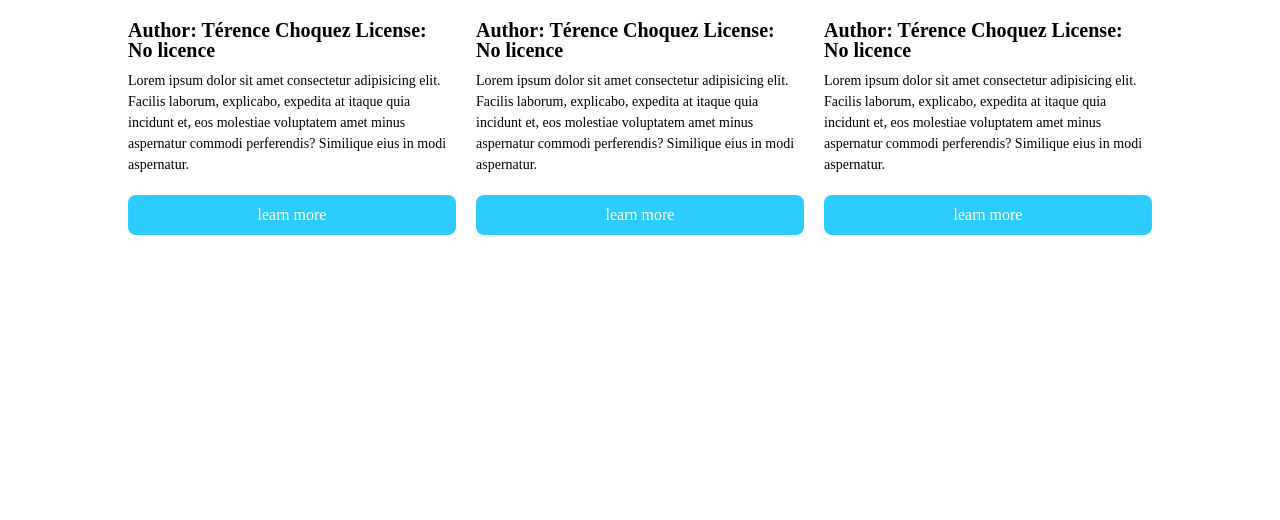
Repository: dinhhaidh/subgrid
Page: index.html
The author's editor kept a copy of each file at every save. The page is drawn from the files as they stood at one save, then again after the next save.
The browser window is 1280 px wide. The pictures show the part of the page from y = 220 to 740 px (the page is 740 px tall).

Above is the page before, as saved 2024-01-08 15:26:05.

### index.html
<!DOCTYPE html>
<html lang="en">
<head>
    <meta charset="UTF-8">
    <meta name="viewport" content="width=device-width, initial-scale=1.0">
    <title>Document</title>
    <link rel="stylesheet" href="style.css">
</head>
<body>
    <div class="card-list">
        <div class="card">
            <div class="card-image">
                <img src="https://images.unsplash.com/photo-1506946526854-9aad1ec915cb?q=80&w=1887&auto=format&fit=crop&ixlib=rb-4.0.3&ixid=M3wxMjA3fDB8MHxwaG90by1wYWdlfHx8fGVufDB8fHx8fA%3D%3D" alt="">
            </div>
            <h3 class="card-title">Author: Térence Choquez License: No licence</h3>
            <p class="card-desc">Lorem ipsum dolor sit amet consectetur adipisicing elit. Facilis laborum, explicabo, expedita at itaque quia incidunt et, eos molestiae voluptatem amet minus aspernatur commodi perferendis? Similique eius in modi aspernatur.
            </p>
            <a href="#" class="card-more">learn more</a>
        </div>
        <div class="card">
            <div class="card-image">
                <img src="https://images.unsplash.com/photo-1506946526854-9aad1ec915cb?q=80&w=1887&auto=format&fit=crop&ixlib=rb-4.0.3&ixid=M3wxMjA3fDB8MHxwaG90by1wYWdlfHx8fGVufDB8fHx8fA%3D%3D" alt="">
            </div>
            <h3 class="card-title">Author: Térence Choquez License: No licence</h3>
            <p class="card-desc">Lorem ipsum dolor sit amet consectetur adipisicing elit. Facilis laborum, explicabo, expedita at itaque quia incidunt et, eos molestiae voluptatem amet minus aspernatur commodi perferendis? Similique eius in modi aspernatur.
            </p>
            <a href="#" class="card-more">learn more</a>
        </div>
        <div class="card">
            <div class="card-image">
                <img src="https://images.unsplash.com/photo-1506946526854-9aad1ec915cb?q=80&w=1887&auto=format&fit=crop&ixlib=rb-4.0.3&ixid=M3wxMjA3fDB8MHxwaG90by1wYWdlfHx8fGVufDB8fHx8fA%3D%3D" alt="">
            </div>
            <h3 class="card-title">Author: Térence Choquez License: No licence</h3>
            <p class="card-desc">Lorem ipsum dolor sit amet consectetur adipisicing elit. Facilis laborum, explicabo, expedita at itaque quia incidunt et, eos molestiae voluptatem amet minus aspernatur commodi perferendis? Similique eius in modi aspernatur.
            </p>
            <a href="#" class="card-more">learn more</a>
        </div>
    </div>
</body>
</html>

### style.css
*,
*:before,
*:after {
  box-sizing: border-box;
}
* {
  margin: 0;
  padding: 0;
  font: inherit;
}
img,
picture,
svg,
video {
  display: block;
  max-width: 100%;
}
input,
select,
textarea {
  background-color: transparent;
  outline: none;
}
button {
  cursor: pointer;
  background-color: transparent;
  outline: none;
  border: 0;
}
body {
  min-height: 100vh;
  font-weight: 400;
  font-size: 16px;
  line-height: 1;
}
.card-list{
    display: grid;
    grid-template-columns: repeat(3, minmax(0, 1fr));
    gap: 20px;
    max-width: 1024px;
    margin: 20px auto;
}
.card-image{
    height: 200px;
    margin-bottom: 20px;
}
.card-image img {
    width: 100%;
    height: 100%;
    object-fit: cover;
}
.card-title{
    font-size: 20px;
    font-weight: 600;
    margin-bottom: 10px;
    margin-top: 10px;
}
.card-desc{
    font-size: 14px;
    line-height: 1.5;
    margin-bottom: 20px;
}
.card-more{
    display: block;
    text-decoration: none;
    color: white;
    background-color: #2cccff;
    padding: 12px;
    border-radius: 8px;
    text-align: center;
}

After the next save:
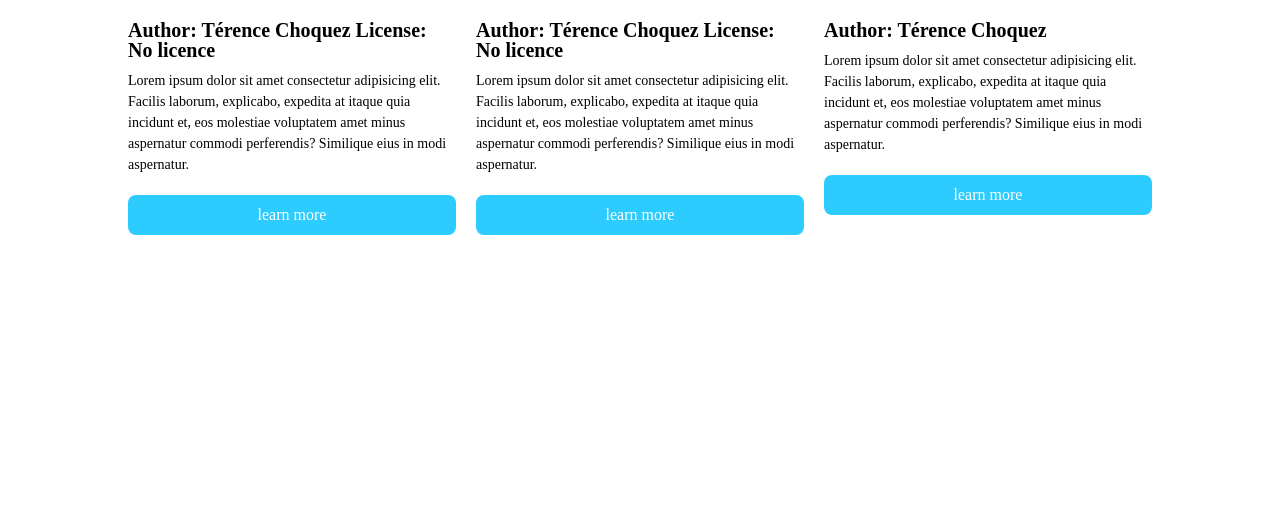
Saved 34 s later.
--- a/index.html
+++ b/index.html
@@ -30,7 +30,7 @@
             <div class="card-image">
                 <img src="https://images.unsplash.com/photo-1506946526854-9aad1ec915cb?q=80&w=1887&auto=format&fit=crop&ixlib=rb-4.0.3&ixid=M3wxMjA3fDB8MHxwaG90by1wYWdlfHx8fGVufDB8fHx8fA%3D%3D" alt="">
             </div>
-            <h3 class="card-title">Author: Térence Choquez License: No licence</h3>
+            <h3 class="card-title">Author: Térence Choquez</h3>
             <p class="card-desc">Lorem ipsum dolor sit amet consectetur adipisicing elit. Facilis laborum, explicabo, expedita at itaque quia incidunt et, eos molestiae voluptatem amet minus aspernatur commodi perferendis? Similique eius in modi aspernatur.
             </p>
             <a href="#" class="card-more">learn more</a>
